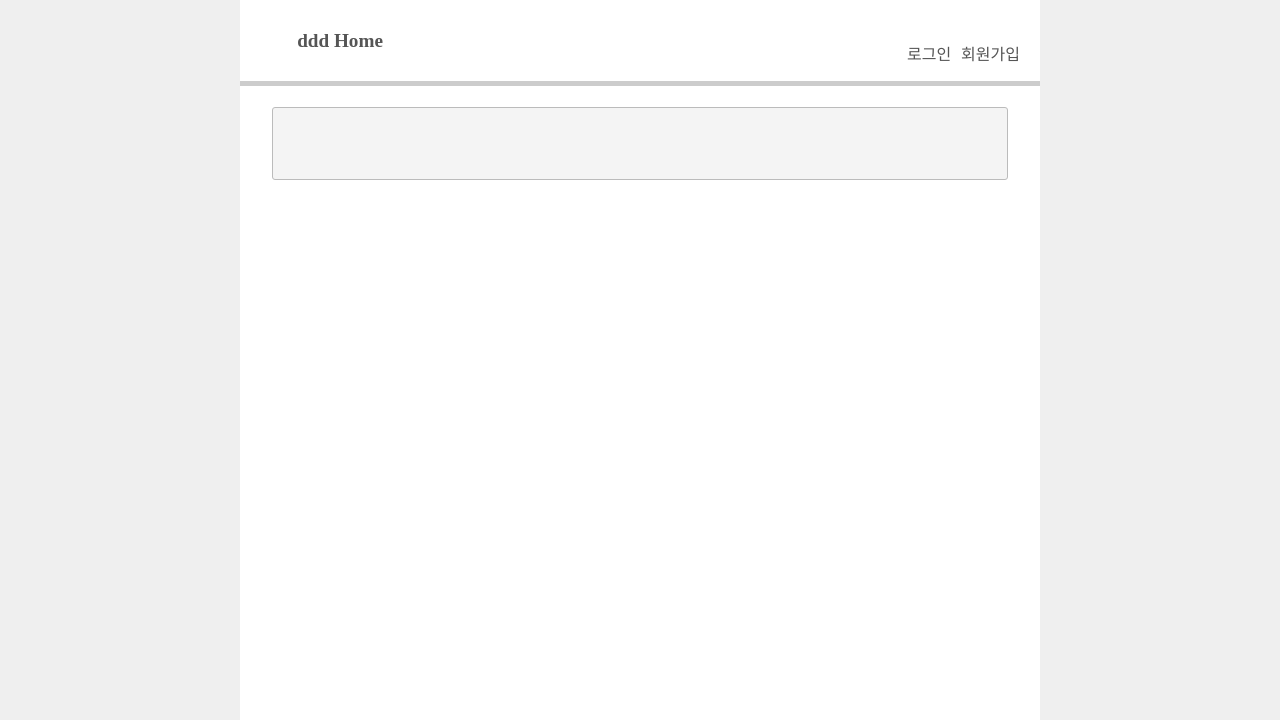
Repository: Deneb0000/JSP
Page: http://localhost/jspPro/days03/ex06.jsp
An editor plug-in stored every save of this project. The page is shown before and after the next save, followed by the edit.
The browser window is 1280 px wide. The pictures show the whole page.
Some web fonts or font styles are not loaded; a fallback is used. The page is served by Tomcat 9.

Above is the page before, as saved 2024-10-17 06:07:02.

After the next save:
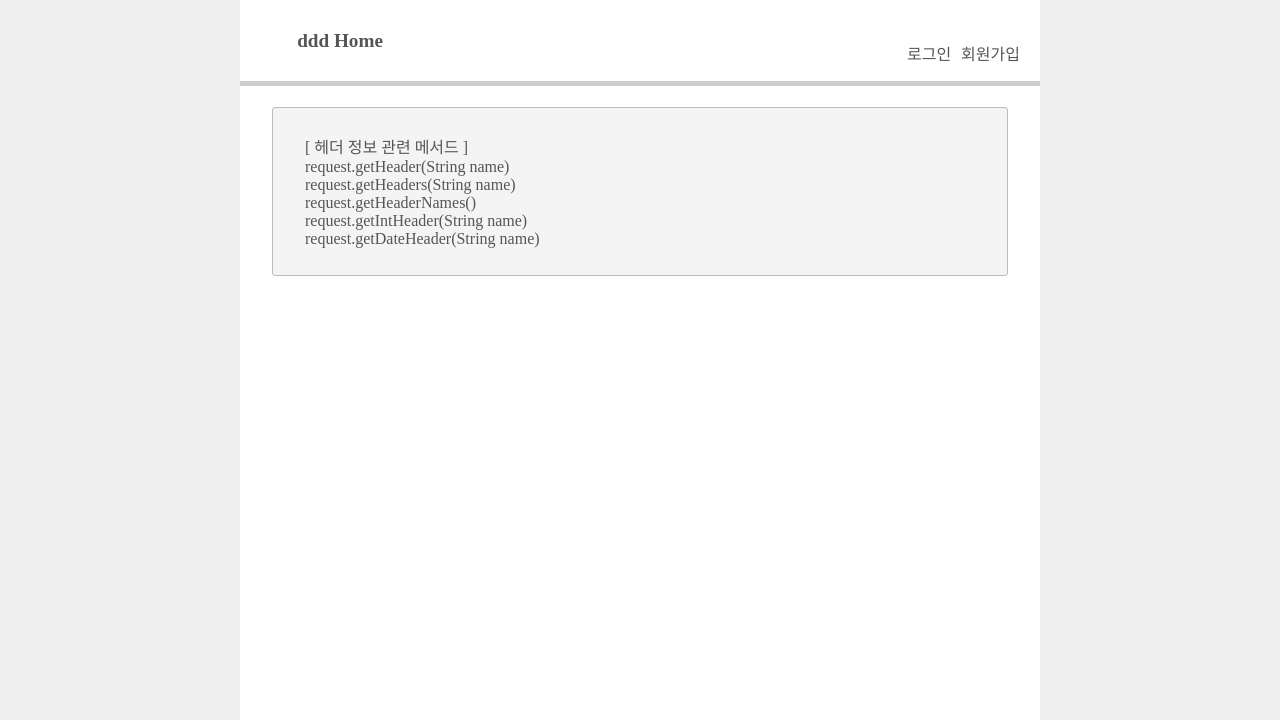
Saved 113 s later.
--- a/jspPro/src/main/webapp/days03/ex06.jsp
+++ b/jspPro/src/main/webapp/days03/ex06.jsp
@@ -26,7 +26,12 @@
 </header>
 <div>
   <xmp class="code">
-
+    [ 헤더 정보 관련 메서드 ]
+    request.getHeader(String name)
+    request.getHeaders(String name)
+    request.getHeaderNames()
+    request.getIntHeader(String name)
+    request.getDateHeader(String name)
   </xmp>
 </div>
 </body>
